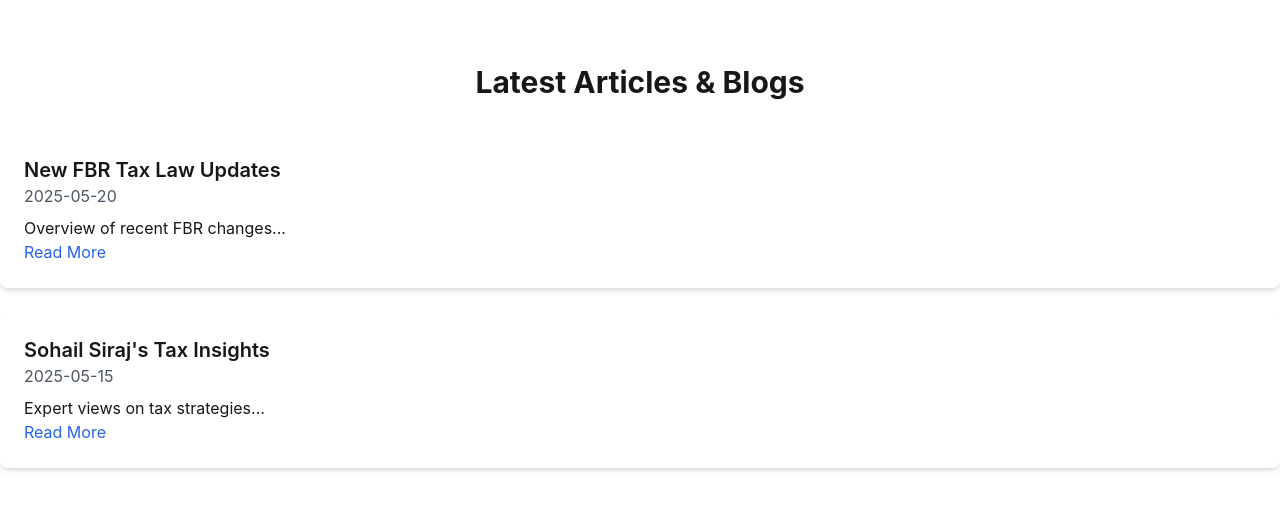
Repository: asadhaye/ss-tax
Page: /articles
The author's editor kept a copy of each file at every save. The page is drawn from the files as they stood at one save, then again after a run of saves.
The browser window is 1280 px wide. The pictures show the whole page.
The project was rebuilt for these pictures with package versions that can differ from the ones it lists, and the page was loaded fresh each time. The framework's server and built-in components were replaced by stand-ins that run in the browser. Also part of the build but not shown: next.config.mjs.

Above is the page before, as saved 2025-05-26 04:47:33.

After the next 4 saves:
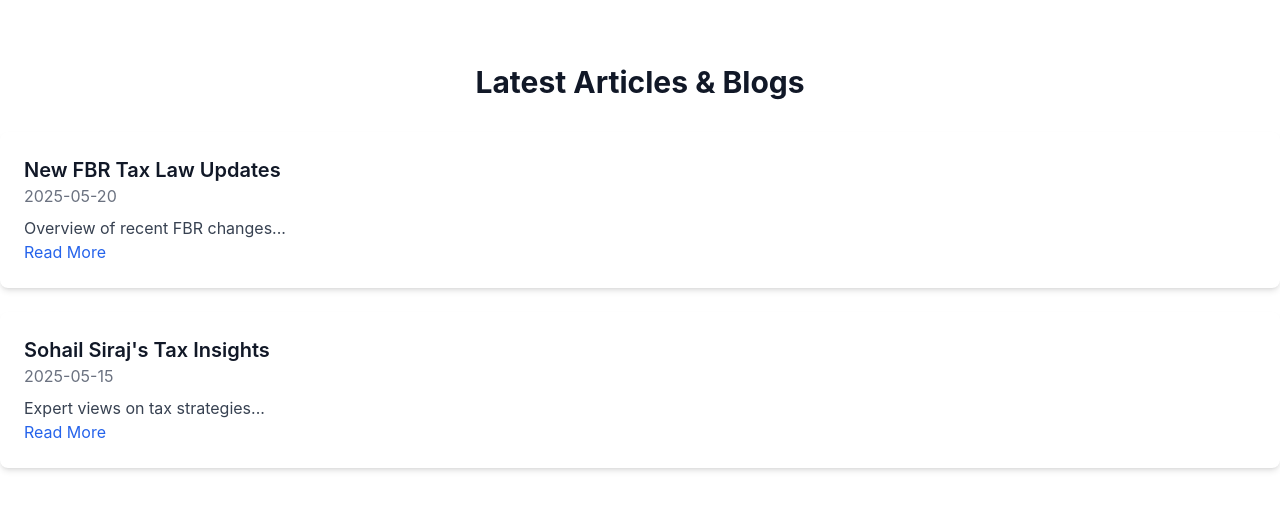
The 4 saves are shown as one change because 3 did not build or start.
The last was saved 4 min 12 s later.
--- a/app/components/Articles.tsx
+++ b/app/components/Articles.tsx
@@ -20,16 +20,31 @@
   ]);
 
   return (
-    <section id="articles" className="py-16">
+    <section id="articles" className="py-16 bg-background print:bg-white">
       <div className="container mx-auto">
-        <h2 className="text-3xl font-bold text-center mb-8">Latest Articles & Blogs</h2>
+        <h2 className="text-3xl font-bold text-center mb-8 text-text-primary">
+          Latest Articles & Blogs
+        </h2>
         <div className="space-y-6">
           {articles.map(article => (
-            <div key={article.id} className="bg-white p-6 rounded-lg shadow-md">
-              <h3 className="text-xl font-semibold">{article.title}</h3>
-              <p className="text-gray-600">{article.date}</p>
-              <p className="mt-2">{article.content}</p>
-              <a href="#articles" className="text-blue-600 hover:underline">Read More</a>
+            <div
+              key={article.id}
+              className={`
+                bg-background
+                p-6
+                rounded-lg
+                shadow-md
+                print:border
+                print:border-gray-200
+                fadeIn
+              `}
+            >
+              <h3 className="text-xl font-semibold text-text-primary">{article.title}</h3>
+              <p className="text-text-muted">{article.date}</p>
+              <p className="mt-2 text-text-secondary">{article.content}</p>
+              <a href="#articles" className="text-primary hover:text-primary-dark transition-colors duration-200">
+                Read More
+              </a>
             </div>
           ))}
         </div>
